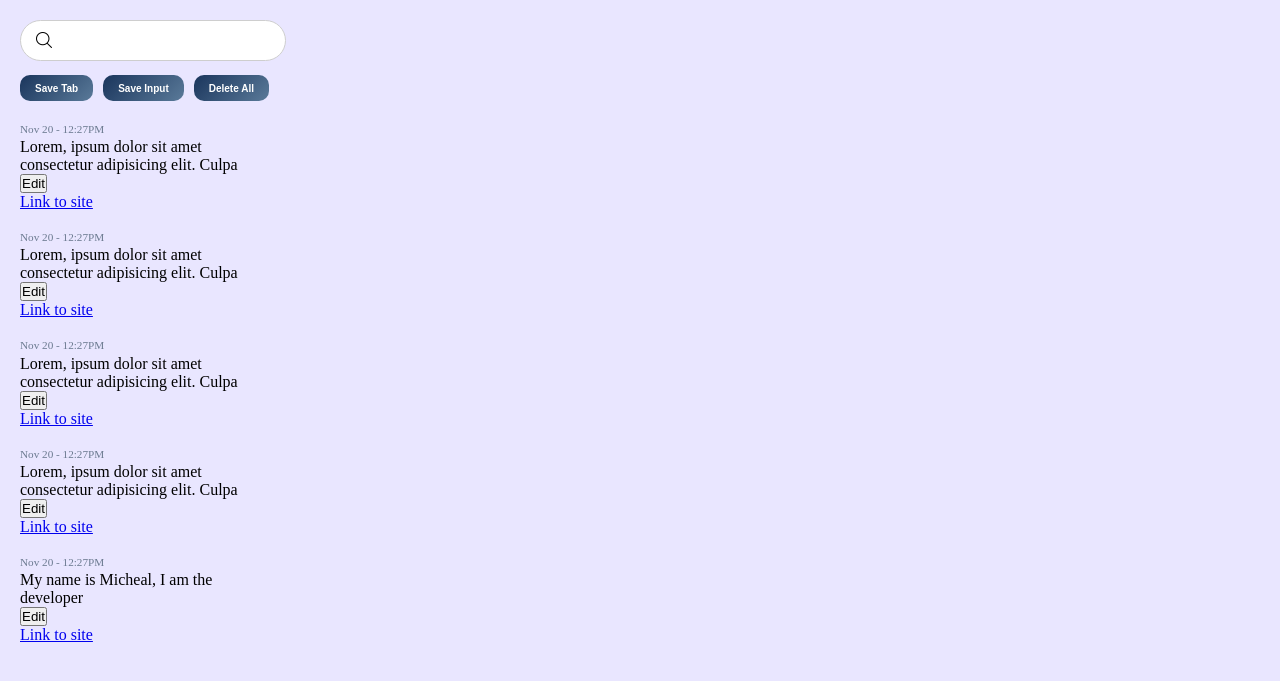
Repository: IdowuMicheal-1/Text-Tab-Organizer
Page: popup.html
The author's editor kept a copy of each file at every save. The page is drawn from the files as they stood at one save, then again after a run of saves.
The browser window is 1280 px wide. The pictures show the whole page.

Above is the page before, as saved 2025-05-14 14:40:52.

After the next 2 saves:
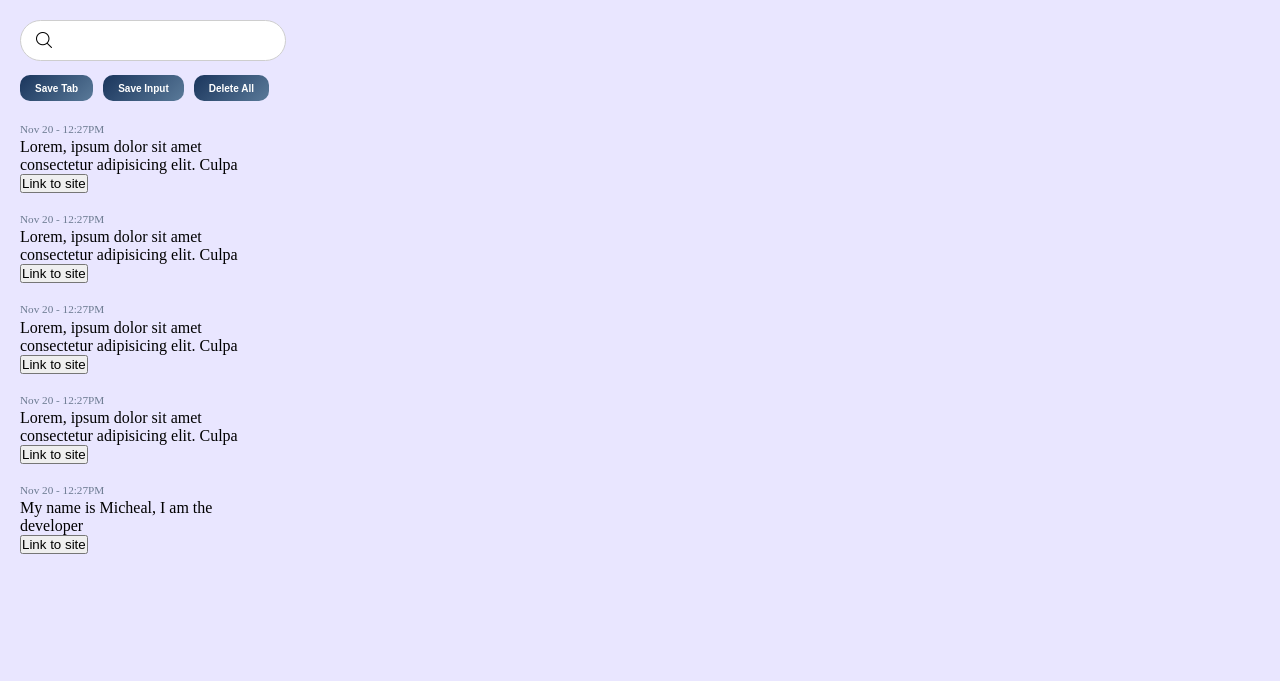
The 2 saves are shown as one change because they came seconds apart.
The last was saved 5 s later.
--- a/popup.js
+++ b/popup.js
@@ -39,7 +39,7 @@
           <p class="content-text">
             ${items.content}
           </p>
-          <button>Edit</button>
+          <button class=">Edit</button>
           </div>
           <p><a href="${items.link}">Link to site</a></p>
        `;

After the save that followed:
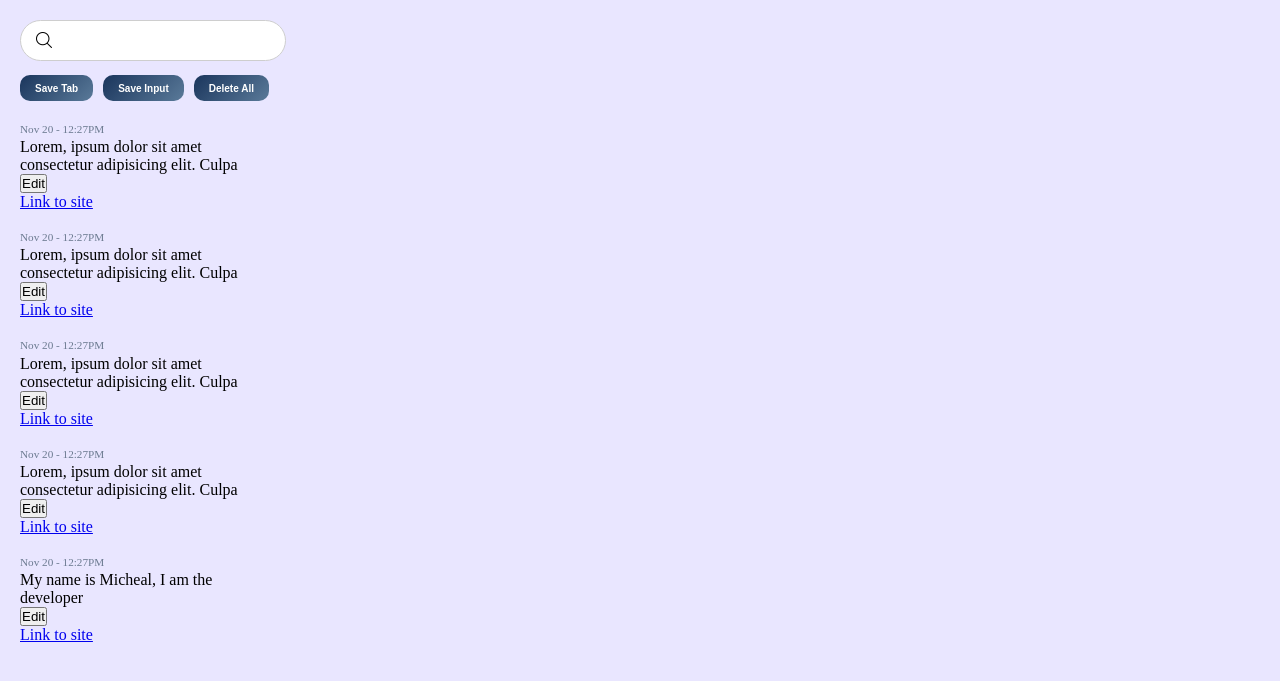
Saved 4 s later.
--- a/popup.js
+++ b/popup.js
@@ -39,7 +39,7 @@
           <p class="content-text">
             ${items.content}
           </p>
-          <button class=">Edit</button>
+          <button class="edit-btn">Edit</button>
           </div>
           <p><a href="${items.link}">Link to site</a></p>
        `;
